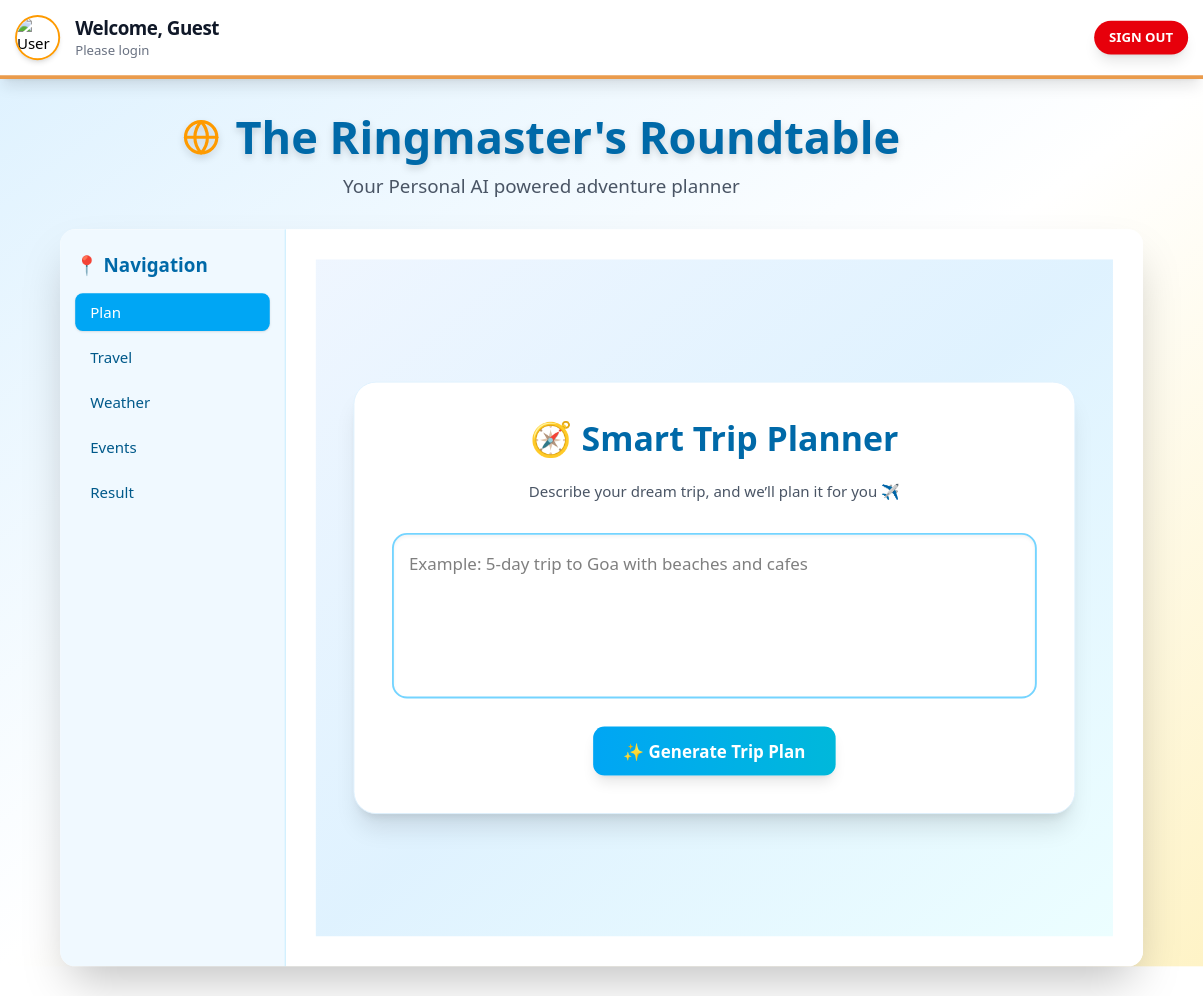
Repository: vega2006/The-Ringmaster-s-Roundtable
Page: /prompt (app in client/)
An editor plug-in stored every save of this project. The page is shown before and after the next save, followed by the edit.
The browser window is 1280 px wide. The pictures show the whole page, at 94% of full size.
The page's requests for data from a server got no answer. The project was rebuilt for these pictures with package versions that can differ from the ones it lists, and the page was loaded fresh each time. No one was signed in, and anything a server would have sent is missing. Also part of the build but not shown: client/vite.config.js, client/src/components/GoogleLogin.jsx, client/src/components/NotFound.jsx, client/src/components/Sidebar.jsx, client/src/components/PlanInput.jsx, client/src/components/WeatherContent.jsx, client/src/components/TravelContent.jsx, client/src/components/ItineraryContent.jsx and 7 more.

Above is the page before, as saved 2025-10-09 02:44:57.

### client/src/App.jsx


import { GoogleOAuthProvider } from "@react-oauth/google";
import GoogleLogin from "./components/GoogleLogin";
import { BrowserRouter, Route, Routes, Navigate } from 'react-router-dom';
import { useState } from 'react';
import RefreshHandler from './components/RefreshHandler';
import NotFound from './components/NotFound';
import Dashboard from "./pages/Dashboard";
import Home from "./pages/Home";
import AIDashboard from "./pages/AIDashboard";
export default function App() {
  const [isAuthenticated, setIsAuthenticated] = useState(false);

  const GoogleWrapper = () => (
    <GoogleOAuthProvider clientId="1054190178825-cc3eg87b9uvh9hfn384ge5sqe5hq9l5v.apps.googleusercontent.com">
      <GoogleLogin />
    </GoogleOAuthProvider>
  );

  const PrivateRoute = ({ element }) => {
    return isAuthenticated ? element : element;
  };

  return (
    <BrowserRouter>
      <RefreshHandler setIsAuthenticated={setIsAuthenticated} />
      <Routes>
        {/* Public route for the Home page, where users can sign in */}
        <Route path="/" element={<Home isAuthenticated={isAuthenticated} />} />

        {/* This is the login page. Redirect to home after login. */}
        <Route path="/login" element={<GoogleWrapper />} />

        {/* This is the protected dashboard route */}
        <Route path='/dashboard' element={<PrivateRoute element={<Dashboard />} />} />
         <Route path='/prompt' element={<PrivateRoute element={<AIDashboard />} />} />

        {/* Catch-all route for invalid URLs */}
        <Route path="*" element={<NotFound />} />
      </Routes>
    </BrowserRouter>
  );
}

### client/src/components/RefreshHandler.jsx
import React, { useEffect } from 'react';
import { useLocation, useNavigate } from 'react-router-dom';

function RefrshHandler({ setIsAuthenticated }) {
    const location = useLocation();
    const navigate = useNavigate();

    useEffect(() => {
        const data = localStorage.getItem('user-info');
        const token = JSON.parse(data)?.token;
        if (token) {
            setIsAuthenticated(true);
            if (location.pathname === '/' ||
                location.pathname === '/login'
            ) {
                navigate('/dashboard', { replace: false });
            }
        }
    }, [location, navigate, setIsAuthenticated])

    return (
        null
    )
}

export default RefrshHandler

### client/src/pages/AIDashboard.jsx
import {TripProvider } from "../contexts/TripContext";
import AppHeader from "../components/AppHeader";
import PromptBasedSidebar from "../components/PromptBasedSideBar";
import MainContent from "../components/MainContent";
import AIContentRouter from "../components/AIContentRouter";
import React, { useEffect, useState } from 'react'
import { useNavigate } from 'react-router-dom';
const AIDashboard = () => {

     const [userInfo, setUserInfo] = useState(null);
    const navigate = useNavigate();

    useEffect(()=>{
        const data = localStorage.getItem('user-info');
        const userData = JSON.parse(data);
        setUserInfo(userData);
    },[])

    const handleLogout = ()=>{
        localStorage.removeItem('user-info');
        navigate('/login');
    }


  return (
    <div>
      <div className="sticky top-0 z-10 bg-white shadow-lg p-3 sm:p-4 border-b-4 border-amber-600/70">
                <div className="max-w-7xl mx-auto flex justify-between items-center">

                    {/* User Info Display */}
                    <div className="flex items-center space-x-4">
                        <img
                            className="w-12 h-12 rounded-full object-cover shadow-md border-2 border-amber-500"
                            src={userInfo?.image}
                            alt={userInfo?.name || 'User'}
                            onError={(e) => { e.target.onerror = null; e.target.src="https://placehold.co/40x40/FFC107/333?text=?" }}
                        />
                        <div className="hidden sm:block">
                            <h1 className="text-xl font-bold text-gray-900 tracking-tight">Welcome, {userInfo?.name || 'Guest'}</h1>
                            <h3 className="text-sm text-gray-500">{userInfo?.email || 'Please login'}</h3>
                        </div>
                        <div className="sm:hidden text-lg font-bold text-gray-900">
                           {userInfo?.name ? `Hello, ${userInfo.name.split(' ')[0]}!` : 'Hello!'}
                        </div>
                    </div>

                    {/* Logout Button (Stylized and positioned on the right) */}
                    <button
                        onClick={handleLogout}
                        className="px-4 py-2 bg-red-600 text-white font-semibold rounded-full shadow-lg hover:bg-red-700
                                   transition duration-150 transform hover:scale-[1.02] active:scale-95
                                   focus:outline-none focus:ring-4 focus:ring-red-300 uppercase text-sm"
                    >
                        Sign Out
                    </button>
                </div>
            </div>

      <TripProvider>

        <div className="min-h-screen bg-gradient-to-br from-sky-100 via-white to-amber-100 font-inter">
          <AppHeader />
          <div className="max-w-6xl mx-auto grid grid-cols-1 md:grid-cols-[240px_1fr] bg-white shadow-2xl rounded-2xl overflow-hidden mt-4 mb-8">
            <PromptBasedSidebar />


            <MainContent>
                            <AIContentRouter />
                       </MainContent>

          </div>
        </div>
    </TripProvider>

    </div>
  )
}
export default AIDashboard

### client/src/api/api.jsx
import axios from "axios";

const API_BASE = `${import.meta.env.VITE_BACKEND_URL}/api`;


const api = axios.create({
    baseURL: "http://localhost:4000/auth/",
    // withCredentials: true,
});

export const googleAuth = (code) => api.get(`/google?code=${code}`);


export const getWeather = (city, travelDate) =>
  axios.get(`${API_BASE}/weather?city=${encodeURIComponent(city)}&travelDate=${encodeURIComponent(travelDate)}`);
;

export const getRoute = (origin, destination, travelDate) =>
  axios.get(`${API_BASE}/maps?origin=${encodeURIComponent(origin)}&destination=${encodeURIComponent(destination)}&travelDate=${encodeURIComponent(travelDate)}`);


export const getEvents = (destination, startTravelDate, endTravelDate) =>
  axios.get(`${API_BASE}/events`, {
    params: {
      city: destination,
      startDate: startTravelDate,
      endDate: endTravelDate,
    },
  });

export const getTripBudget = async (payload) => {
  // console.log(payload);
  return axios.post(`${API_BASE}/budget`, payload);
};


export const getItinerary = async (destination,startDate, endDate) => {
  return axios.post(`${API_BASE}/itinerary/generate`, {
      destination,
      startDate,
      endDate,
    });
};

### client/src/contexts/TripContext.jsx
import { createContext, useContext, useState, useMemo } from "react";
import { getWeather, getRoute, getTripBudget } from "../api/api";
import { API_URL, RESPONSE_SCHEMA } from "../utils/constants";

const TripContext = createContext(null);

export const useTrip = () => {
  const context = useContext(TripContext);
  if (!context) throw new Error("useTrip must be used within a TripProvider");
  return context;
};
const calculateDuration = (start, end) => {
  if (!start || !end) return 0;

  const startDate = new Date(start + "T00:00:00Z");
  const endDate = new Date(end + "T00:00:00Z");

  if (isNaN(startDate.getTime()) || isNaN(endDate.getTime())) return 0;

  const timeDifference = endDate.getTime() - startDate.getTime();

  const dayDifference = Math.round(timeDifference / (1000 * 3600 * 24));

  return Math.max(1, dayDifference + 1);
};
export const TripProvider = ({ children }) => {
  const [itinerary,setItinerary]=useState([]);
  const [events,setEvents]=useState([]);
  const [AIResult,setAIResult]=useState("");
  const [prompt, setPrompt] = useState("");
  const [tripPlan, setTripPlan] = useState(null);
  const [isLoading, setIsLoading] = useState(false);
  const [error, setError] = useState(null);

  const [city, setCity] = useState("");
  const [origin, setOrigin] = useState("");
  const [destination, setDestination] = useState("");
  const [startTravelDate, setStartTravelDate] = useState("");
  const [endTravelDate, setEndTravelDate] = useState("");

  const [activeTab, setActiveTab] = useState("Plan");
  const [manualWeather, setManualWeather] = useState(null);
  const [manualRoute, setManualRoute] = useState([]);

  const [eventsCache, setEventsCache] = useState({});
  const [budgetEstimate, setBudgetEstimate] = useState(null);
  const [numPeople, setNumPeople] = useState(1);

  const isLLMPlanning = useMemo(() => prompt.trim().length > 0, [prompt]);
  const isManualLookup = useMemo(
    () => !isLLMPlanning && (city || (origin && destination)),
    [isLLMPlanning, city, origin, destination]
  );
  const isResultAvailable = tripPlan || manualWeather || manualRoute;

  const generateTripPlan = async () => {
    if (!isLLMPlanning && !isManualLookup) {
      setError(
        "Please enter a detailed prompt OR fill out the City/Route fields."
      );
      return;
    }

    setIsLoading(true);
    setError(null);
    setTripPlan(null);
    setManualWeather(null);
    setManualRoute(null);

    if (isLLMPlanning) {
      // setActiveTab("Itinerary");
      // let fullPrompt = prompt;
      // if (city) fullPrompt += ` (Focus City: ${city})`;
      // if (origin && destination)
      //   fullPrompt += ` (Route: ${origin} to ${destination})`;
      // if (startTravelDate) fullPrompt += ` (Starting Date: ${startTravelDate})`;

      // const payload = {
      //   contents: [{ parts: [{ text: fullPrompt }] }],
      //   systemInstruction: {
      //     parts: [{ text: "Generate a structured trip plan." }],
      //   },
      //   generationConfig: {
      //     responseMimeType: "application/json",
      //     responseSchema: RESPONSE_SCHEMA,
      //   },
      //   tools: [{ google_search: {} }],
      // };

      // try {
      //   const res = await fetch(API_URL, {
      //     method: "POST",
      //     headers: { "Content-Type": "application/json" },
      //     body: JSON.stringify(payload),
      //   });

      //   const result = await res.json();
      //   const jsonText = result.candidates?.[0]?.content?.parts?.[0]?.text;
      //   setTripPlan(jsonText ? JSON.parse(jsonText) : null);
      // } catch (err) {
      //   setError(`Failed to process the plan: ${err.message}`);
      // }
    } else {
      setActiveTab("Weather");
      const tripDuration = calculateDuration(startTravelDate, endTravelDate);
      setTripPlan({ ...tripPlan, duration_days: tripDuration });
      if (city && startTravelDate) {
        const weatherRes = await getWeather(city, startTravelDate);
        setManualWeather(weatherRes.data);
        // console.log(weatherRes.data);
      }
      if (origin && destination && startTravelDate) {
        const routeRes = await getRoute(origin, destination, startTravelDate);
        setManualRoute({
          origin,
          destination,
          routes:routeRes.data,
        });
      }
      if (origin && destination && startTravelDate && endTravelDate) {
            try {
                const tripData = {
                    origin,
                    destination,
                    startTravelDate,
                    endTravelDate,

                    numPeople: numPeople,
                };


                const budgetRes = await getTripBudget(tripData);
                // console.log(budgetRes.data);


                setBudgetEstimate(budgetRes.data);
                // console.log(budgetEstimate);

                setActiveTab("Budget");

            } catch (err) {
                console.error("Budget estimation failed:", err);
                setError("Failed to calculate budget. Please check server connection.");
            }
        }
    }
    setIsLoading(false);
  };

  return (
    <TripContext.Provider
      value={{
        activeTab,
        setActiveTab,
        isLoading,
        error,
        isResultAvailable,
        prompt,
        setPrompt,
        city,
        setCity,
        origin,
        setOrigin,
        destination,
        setDestination,
        startTravelDate,
        setStartTravelDate,
        endTravelDate,
        setEndTravelDate,
        tripPlan,
        manualWeather,
        setManualWeather,
        manualRoute,
        setManualRoute,
        generateTripPlan,
        isLLMPlanning,
        isManualLookup,
        eventsCache,
        setEventsCache,
        numPeople,
        setNumPeople,
        budgetEstimate,
        setBudgetEstimate,
        events,
        setEvents,
        itinerary,
        setItinerary,
        AIResult,
        setAIResult,
      }}
    >
      {children}
    </TripContext.Provider>
  );
};

### client/src/components/AppHeader.jsx
import React from 'react';
import { Globe } from 'lucide-react';

const AppHeader = () => (
    <div className="w-full max-w-6xl text-center pt-8 pb-4">
        <h1 className="text-4xl sm:text-5xl font-extrabold text-sky-700 drop-shadow-lg leading-tight flex items-center justify-center">
            <Globe className="w-8 h-8 sm:w-10 sm:h-10 mr-4 text-amber-500" />
            The Ringmaster's Roundtable
        </h1>
        <p className="text-center text-lg sm:text-xl text-gray-600 mt-2">Your Personal AI powered adventure planner</p>
    </div>
);

export default AppHeader;

### client/src/components/MainContent.jsx
export default function MainContent({ children }) {
  return (
    <main className="p-8 bg-white overflow-y-auto">
      {children}
    </main>
  );
}

### client/src/components/PlanByPrompt.jsx
import { useState } from "react";
import { useTrip } from "../contexts/TripContext";

// Helper function to get the current date in YYYY-MM-DD format (required for HTML date input min)
const getTodayDate = () => {
  const today = new Date();
  const year = today.getFullYear();
  const month = String(today.getMonth() + 1).padStart(2, '0');
  const day = String(today.getDate()).padStart(2, '0');
  return `${year}-${month}-${day}`;
};
export default function PlanByPrompt() {
  const [prompt, setPrompt] = useState("");
  const [isLoading, setIsLoading] = useState(false);
  const [result, setResult] = useState(null);

  const {activeTab, setActiveTab,
    manualRoute,origin,
       events,setEvents,
        setOrigin,
        destination,
        setDestination,
        setManualRoute,manualWeather,setManualWeather,AIResult,setAIResult,itinerary,setItinerary}=useTrip();
  const generate = async () => {
    if (!prompt.trim()) {
      alert("Please describe your trip before generating!");
      return;
    }

    setIsLoading(true);
    try {
      const response = await fetch("http://localhost:4000/api/mcp-server", {
        method: "POST",
        headers: { "Content-Type": "application/json" },
        body: JSON.stringify({ prompt }),
      });

      const data = await response.json();
     await  setOrigin(data.origin);
      await setDestination(data.destination);
      setManualWeather(data.weather);
      setItinerary(data.itinerary);
    setManualRoute({
  origin,
  destination,
  routes: data.route// entire object returned from backend
});
      setActiveTab("Weather");
      setEvents(data.event);
      setAIResult(data.finalResponse.kwargs.content);
    } catch (err) {
      console.error("Error generating trip plan:", err);
      alert("Failed to generate trip plan. Please try again.");
    } finally {
      setIsLoading(false);
    }
  };

  return (
    <div className="min-h-screen bg-gradient-to-br from-blue-50 via-sky-100 to-cyan-50 flex flex-col items-center justify-center p-6">
      <div className="w-full max-w-3xl bg-white rounded-3xl shadow-xl p-10 border border-sky-100">
        {/* Header */}
        <h1 className="text-4xl font-extrabold text-sky-700 text-center mb-6">
          🧭 Smart Trip Planner
        </h1>
        <p className="text-gray-600 text-center mb-8">
          Describe your dream trip, and we’ll plan it for you ✈️
        </p>

        {/* Prompt Input */}
        <textarea
          placeholder="Example: 5-day trip to Goa with beaches and cafes"
          value={prompt}
          onChange={(e) => setPrompt(e.target.value)}
          rows="5"
          className="w-full p-4 border-2 border-sky-300 rounded-2xl shadow-inner focus:ring-2 focus:ring-sky-500 outline-none text-lg resize-none transition-all duration-200"
        />

        {/* Generate Button */}
        <div className="flex justify-center mt-6">
          <button
            onClick={generate}
            disabled={isLoading}
            className={`px-8 py-3 text-lg font-semibold text-white rounded-xl shadow-lg transition-all duration-300 ${
              isLoading
                ? "bg-sky-400 cursor-not-allowed"
                : "bg-gradient-to-r from-sky-500 to-cyan-500 hover:from-sky-600 hover:to-cyan-600"
            }`}
          >
            {isLoading ? "Planning..." : "✨ Generate Trip Plan"}
          </button>
        </div>


      </div>
    </div>
  );
}

### client/src/components/PromptBasedSideBar.jsx
import { useTrip } from "../contexts/TripContext";
import { TABS } from "../utils/PromptBasedConstants";

export default function PromptBasedSidebar() {
  const { activeTab, setActiveTab, isResultAvailable } = useTrip();

  return (
    <aside className="bg-sky-50 border-r border-sky-200 py-6 px-4">
      <h2 className="text-xl font-semibold mb-4 text-sky-700">📍 Navigation</h2>
      <nav className="flex flex-col space-y-2">
        {TABS.map((tab) => (
          <button
            key={tab}
            disabled={tab !== "Plan" && !isResultAvailable}
            onClick={() => setActiveTab(tab)}
            className={`px-4 py-2 text-left rounded-lg font-medium transition-all ${
              activeTab === tab
                ? "bg-sky-500 text-white shadow"
                : "hover:bg-sky-100 text-sky-800"
            } ${tab !== "Plan" && !isResultAvailable ? "opacity-50 cursor-not-allowed" : ""}`}
          >
            {tab}
          </button>
        ))}
      </nav>
    </aside>
  );
}

### client/src/components/AIContentRouter.jsx
import { useTrip } from "../contexts/TripContext";
import PlanByPrompt from "./PlanByPrompt";
import WeatherContent from "./WeatherContent";
import TravelContent from "./TravelContent";
import ItineraryContent from "./ItineraryContent";
import BudgetContent from "./BudgetContent";
import PromptBasedEvents from "./PromptBasedEvents";
import AIresult from "./AIresult";
export default function AIContentRouter() {
  const { activeTab } = useTrip();

  switch (activeTab) {
    case "Plan": return <PlanByPrompt/>;
    case "Result": return <AIresult/>;
    case "Weather": return <WeatherContent />;
    case "Travel": return <TravelContent />;
    case "Itinerary": return <ItineraryContent />;
    case "Budget": return <BudgetContent />;
    case "Events": return < PromptBasedEvents/>;
    default: return <PlanInput />;
  }
}

### client/src/utils/constants.jsx
export const API_KEY = "";
export const API_URL = `https://generativelanguage.googleapis.com/v1beta/models/gemini-2.5-flash-preview-05-20:generateContent?key=${API_KEY}`;

export const TABS = ["Plan", "Itinerary", "Budget", "Travel", "Weather", "Events","Result"];

export const RESPONSE_SCHEMA = {
  type: "OBJECT",
  properties: {
    destination: { type: "STRING" },
    duration_days: { type: "NUMBER" },
    summary: { type: "STRING" },
    itinerary: {
      type: "ARRAY",
      items: {
        type: "OBJECT",
        properties: {
          day: { type: "NUMBER" },
          date: { type: "STRING" },
          activities: { type: "ARRAY", items: { type: "STRING" } },
        },
      },
    },
  },
};

### client/src/utils/PromptBasedConstants.jsx
export const API_KEY = "";
export const API_URL = `https://generativelanguage.googleapis.com/v1beta/models/gemini-2.5-flash-preview-05-20:generateContent?key=${API_KEY}`;

export const TABS = ["Plan", "Travel", "Weather", "Events","Result"];

export const RESPONSE_SCHEMA = {
  type: "OBJECT",
  properties: {
    destination: { type: "STRING" },
    duration_days: { type: "NUMBER" },
    summary: { type: "STRING" },
    itinerary: {
      type: "ARRAY",
      items: {
        type: "OBJECT",
        properties: {
          day: { type: "NUMBER" },
          date: { type: "STRING" },
          activities: { type: "ARRAY", items: { type: "STRING" } },
        },
      },
    },
  },
};

Loaded but not shown: client/index.html (common file); client/src/main.jsx (common file); client/src/index.css (common file)

After the next save:
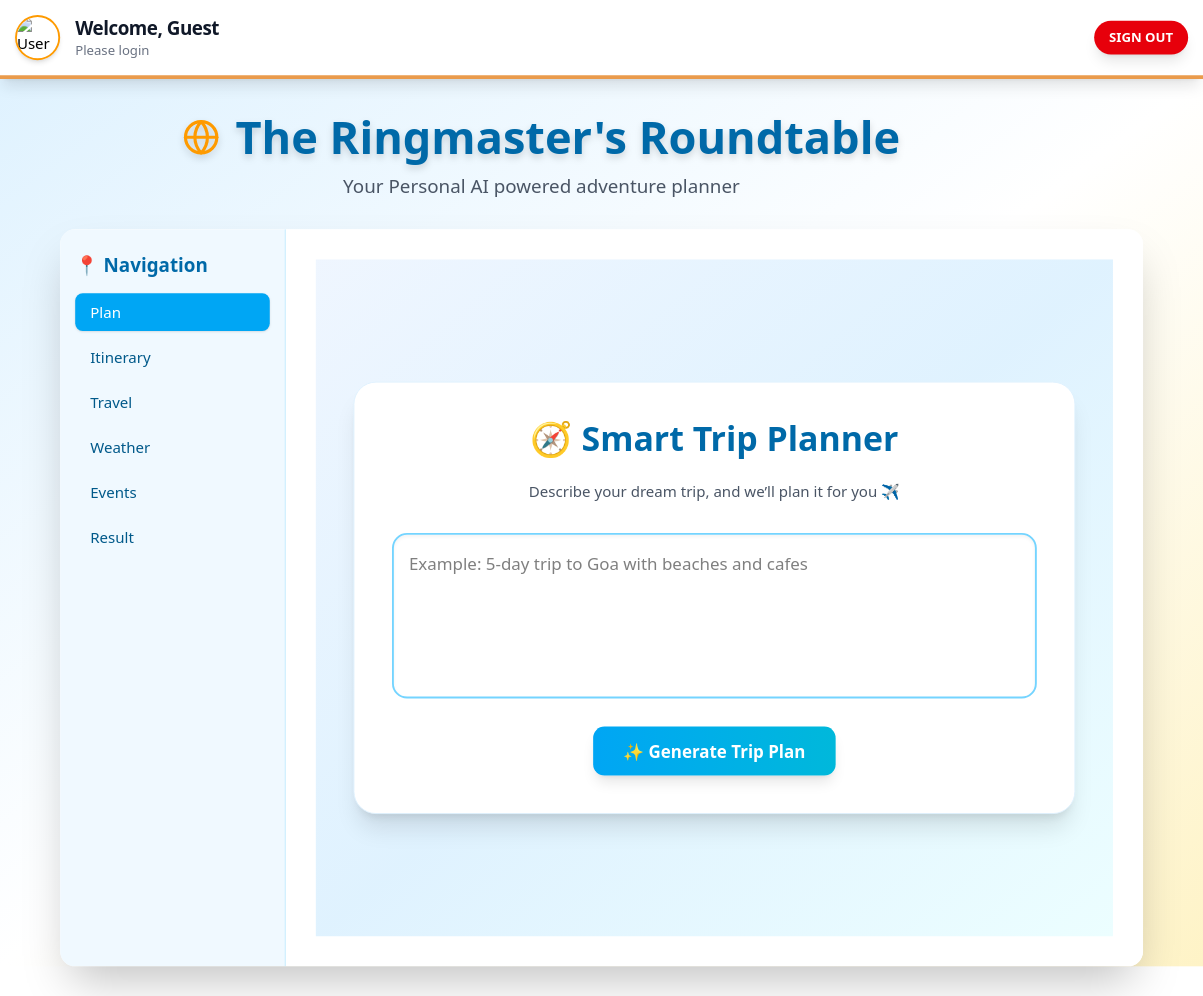
Saved 83 s later.
--- a/client/src/utils/PromptBasedConstants.jsx
+++ b/client/src/utils/PromptBasedConstants.jsx
@@ -1,7 +1,7 @@
 export const API_KEY = "";
 export const API_URL = `https://generativelanguage.googleapis.com/v1beta/models/gemini-2.5-flash-preview-05-20:generateContent?key=${API_KEY}`;
 
-export const TABS = ["Plan", "Travel", "Weather", "Events","Result"];
+export const TABS = ["Plan", "Itinerary","Travel", "Weather", "Events","Result"];
 
 export const RESPONSE_SCHEMA = {
   type: "OBJECT",
